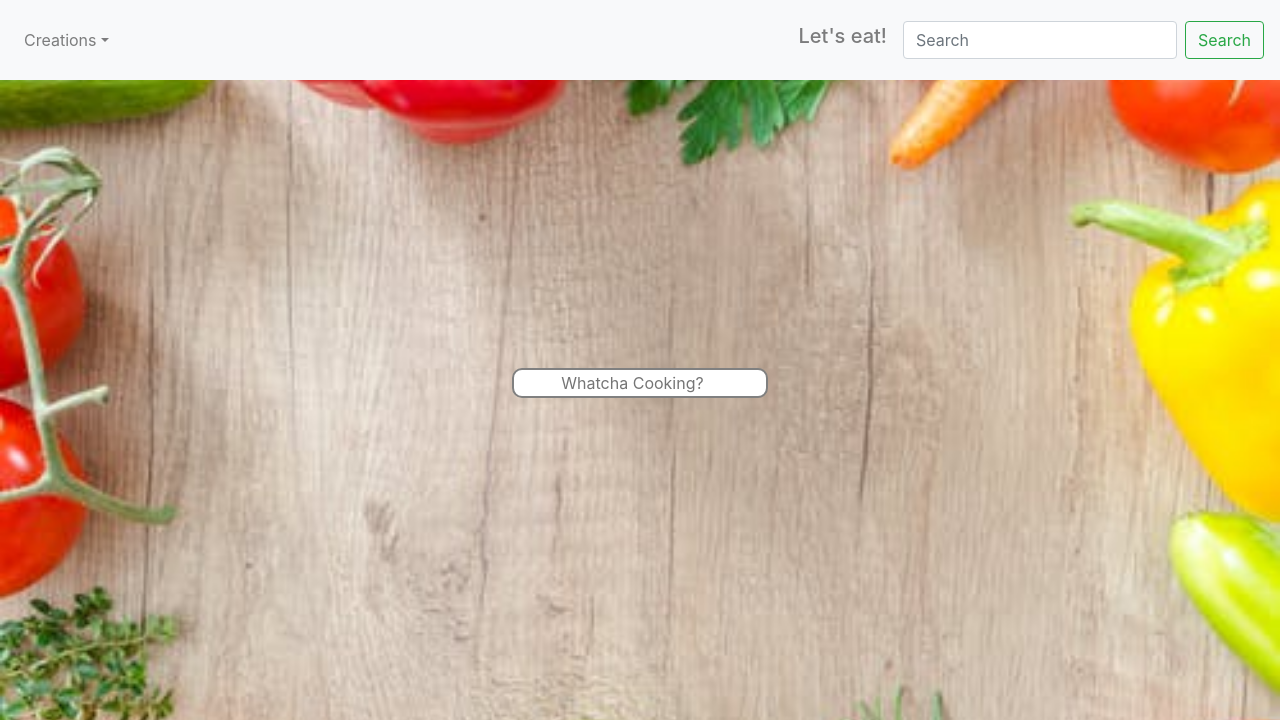
Repository: bandyp/cookBook
Page: index.html
The author's editor kept a record of every edit. The page is drawn from the files as they stood at one moment, then again after the next edit.
The browser window is 1280 px wide. The pictures show the whole page.

Above is the page before.

### index.html
<!doctype html>
<html lang="en">

<head>
    <!-- Required meta tags -->
    <meta charset="utf-8">
    <meta name="viewport" content="width=device-width, initial-scale=1, shrink-to-fit=no">

    <!-- Bootstrap CSS -->
    <link rel="stylesheet" href="https://stackpath.bootstrapcdn.com/bootstrap/4.3.1/css/bootstrap.min.css" integrity="sha384-ggOyR0iXCbMQv3Xipma34MD+dH/1fQ784/j6cY/iJTQUOhcWr7x9JvoRxT2MZw1T" crossorigin="anonymous">
    <link rel="stylesheet" href="static/css/style.css" type="text/css" />
    <title>CookBook</title>
</head>

<body>
    <nav class="navbar navbar-expand-md navbar-light bg-light">
        <button class="navbar-toggler" type="button" data-toggle="collapse" data-target="#navbarSupportedContent" aria-controls="navbarSupportedContent" aria-expanded="false" aria-label="Toggle navigation">
            <span class="navbar-toggler-icon"></span>
            </button>
        <div class="collapse navbar-collapse" id="navbarSupportedContent">
            <ul class="navbar-nav mr-auto">
                <li class="nav-item dropdown">
                    <a class="nav-link dropdown-toggle" href="#" id="navbarDropdown" role="button" data-toggle="dropdown" aria-haspopup="true" aria-expanded="false">Creations</a>
                    <div class="dropdown-menu" aria-labelledby="navbarDropdown">
                        <a class="dropdown-item" href="#">Breakfast</a>
                        <a class="dropdown-item" href="#">Lunch</a>
                        <a class="dropdown-item" href="#">Dinner</a>
                        <a class="dropdown-item" href="#">Starter</a>
                        <a class="dropdown-item" href="#">Dessert</a>
                        <a class="dropdown-item" href="#">Snacks</a>
                        <div class="dropdown-divider"></div>
                        <a class="dropdown-item" href="#">International Favourites</a>
                    </div>
                </li>
                <li>

                </li>
            </ul>
        </div>
        <nav class="navbar navbar-light bg-light">
            <span class="navbar-text"><h5>Let's eat!</h5></span>
        </nav>

        <form class="form-inline my-2 my-lg-0">
            <input class="form-control mr-sm-2" type="search" placeholder="Search" aria-label="Search">
            <button class="btn btn-outline-success my-2 my-sm-0" type="submit">Search</button>
        </form>

    </nav>
    <div class="box">
        <input type="search" id="search" placeholder="Whatcha Cooking?" />
    </div>
    <script src="https://code.jquery.com/jquery-3.3.1.slim.min.js" integrity="sha384-q8i/X+965DzO0rT7abK41JStQIAqVgRVzpbzo5smXKp4YfRvH+8abtTE1Pi6jizo" crossorigin="anonymous"></script>
    <script src="https://cdnjs.cloudflare.com/ajax/libs/popper.js/1.14.7/umd/popper.min.js" integrity="sha384-UO2eT0CpHqdSJQ6hJty5KVphtPhzWj9WO1clHTMGa3JDZwrnQq4sF86dIHNDz0W1" crossorigin="anonymous"></script>
    <script src="https://stackpath.bootstrapcdn.com/bootstrap/4.3.1/js/bootstrap.min.js" integrity="sha384-JjSmVgyd0p3pXB1rRibZUAYoIIy6OrQ6VrjIEaFf/nJGzIxFDsf4x0xIM+B07jRM" crossorigin="anonymous"></script>
</body>

</html>

### static/css/style.css
body {
    background-image: url("food_background.jpg");
    background-color: green;
    background-repeat: no-repeat;
    background-size: cover;
    height: 100vh;
}

.box {
    width: 100%;
    text-align: center;
}

#search {
    margin: 40vh auto;
    display: inline-block;
    border-radius: 10px;
    border-style: solid;
    border-color: grey;
    text-align: center;
}

.heading {
    text-align: center;
    margin-top: 10vh;
}

After the next edit:
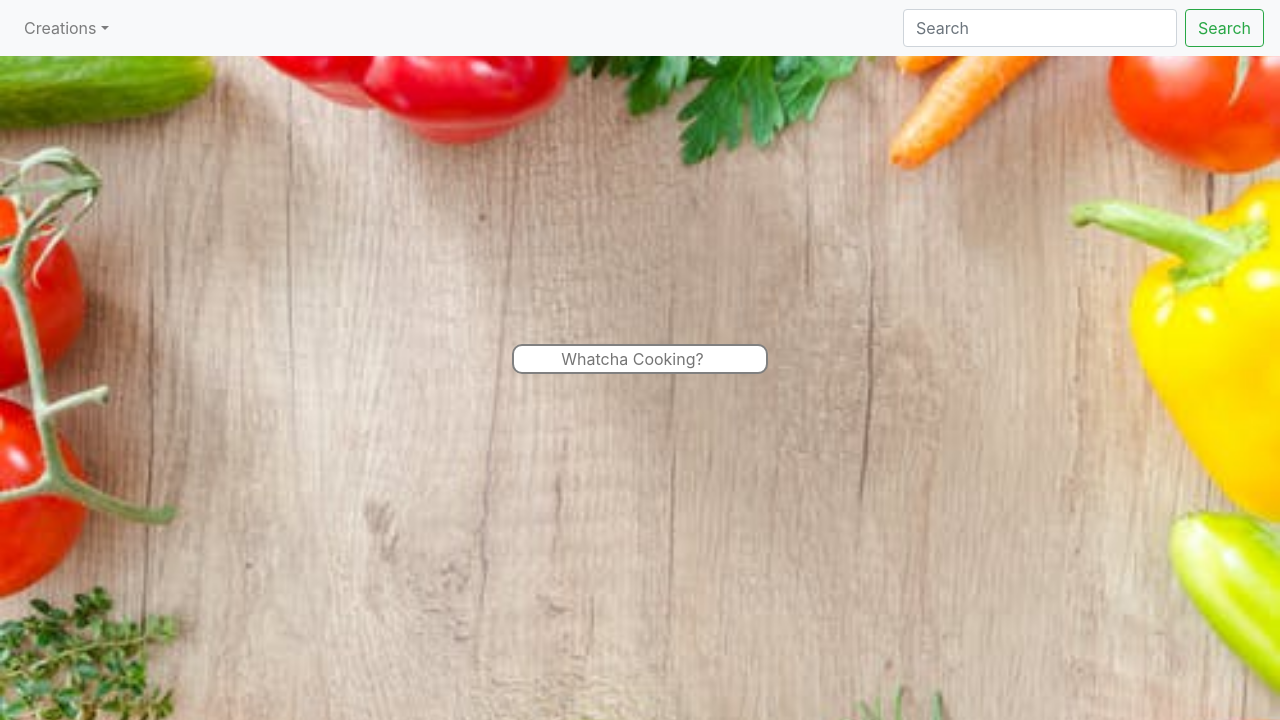
The edit:
--- a/index.html
+++ b/index.html
@@ -37,9 +37,7 @@
                 </li>
             </ul>
         </div>
-        <nav class="navbar navbar-light bg-light">
-            <span class="navbar-text"><h5>Let's eat!</h5></span>
-        </nav>
+
 
         <form class="form-inline my-2 my-lg-0">
             <input class="form-control mr-sm-2" type="search" placeholder="Search" aria-label="Search">

After the edit that followed:
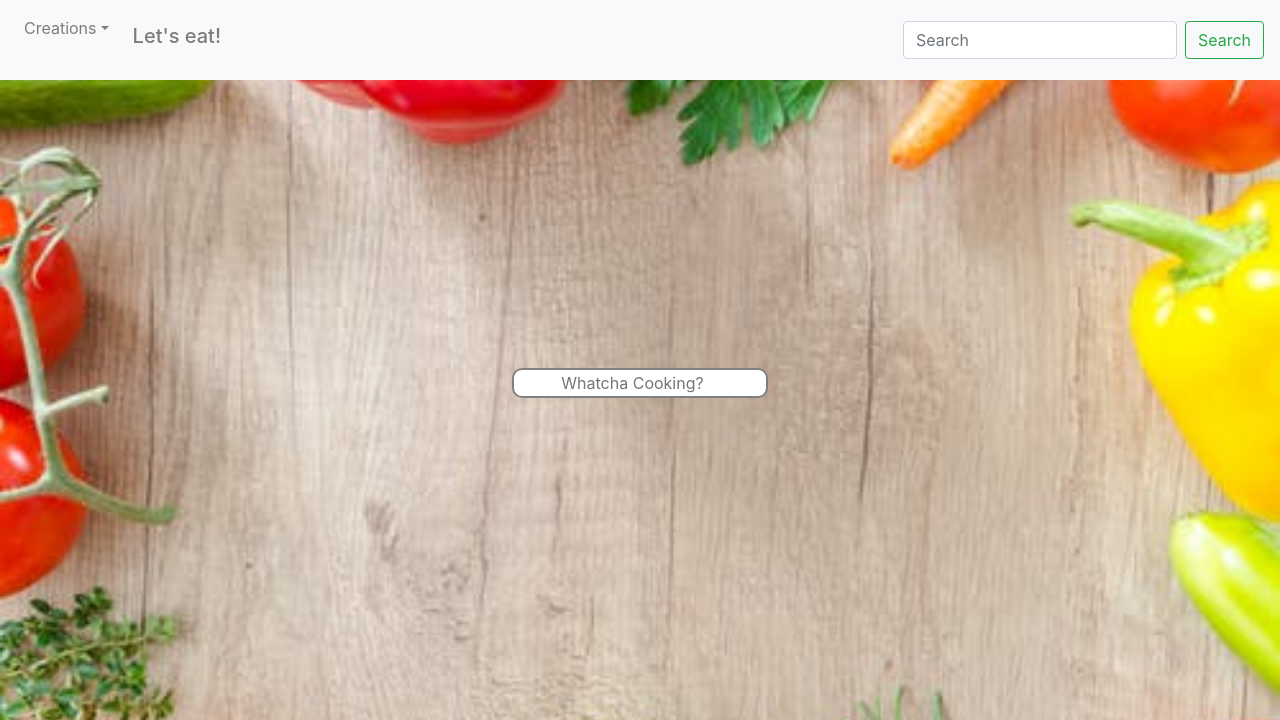
The edit:
--- a/index.html
+++ b/index.html
@@ -33,6 +33,11 @@
                     </div>
                 </li>
                 <li>
+                    <nav class="navbar navbar-light bg-light">
+                        <span class="navbar-text"><h5>Let's eat!</h5></span>
+                    </nav>
+                </li>
+                <li>
 
                 </li>
             </ul>
